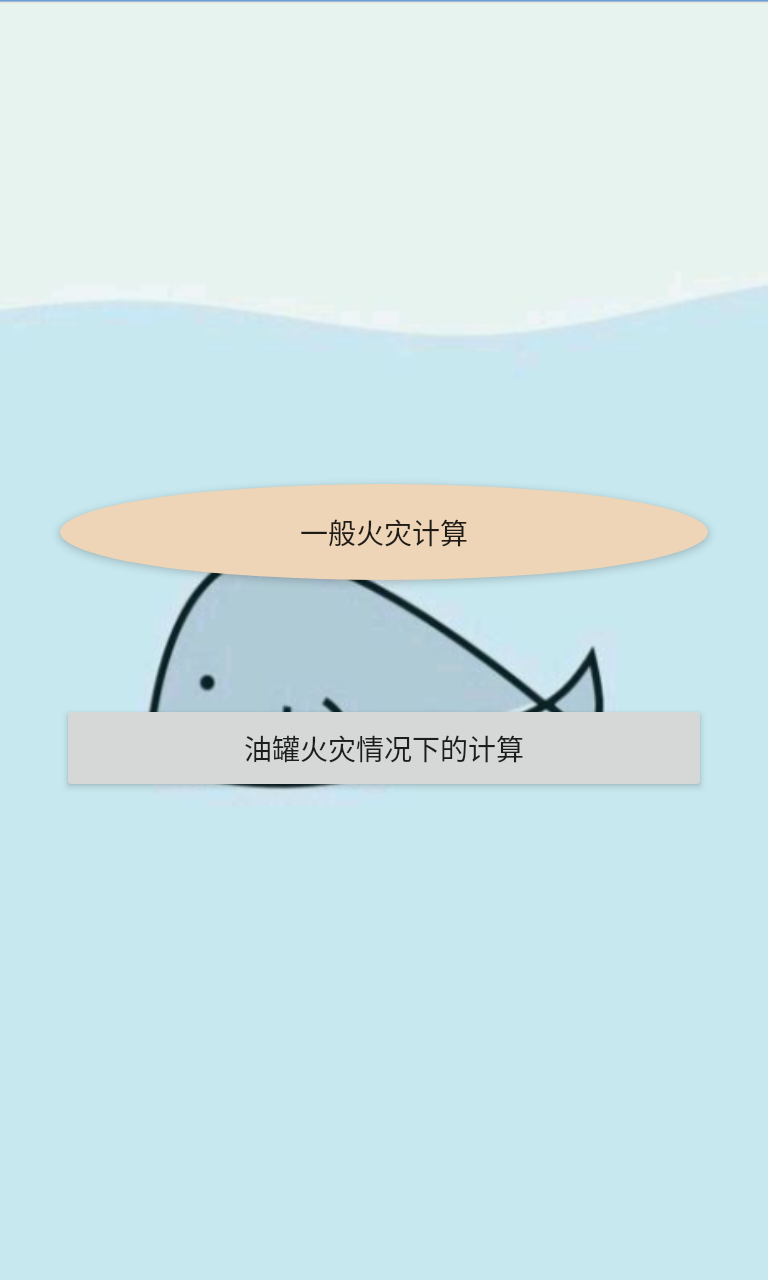
Repository: hohoTT/fireWork_handle_app
Layout: fireWork_handle_app/res/layout/fire_agent.xml
An editor plug-in stored every save of this project. The layout is shown before and after the next save, followed by the edit.
It is drawn on a 768 x 1280 px phone screen (xhdpi) without system bars, with theme AppTheme; the app's code is not run.

Above is the layout before, as saved 2016-03-06 11:41:48.

After the next save:
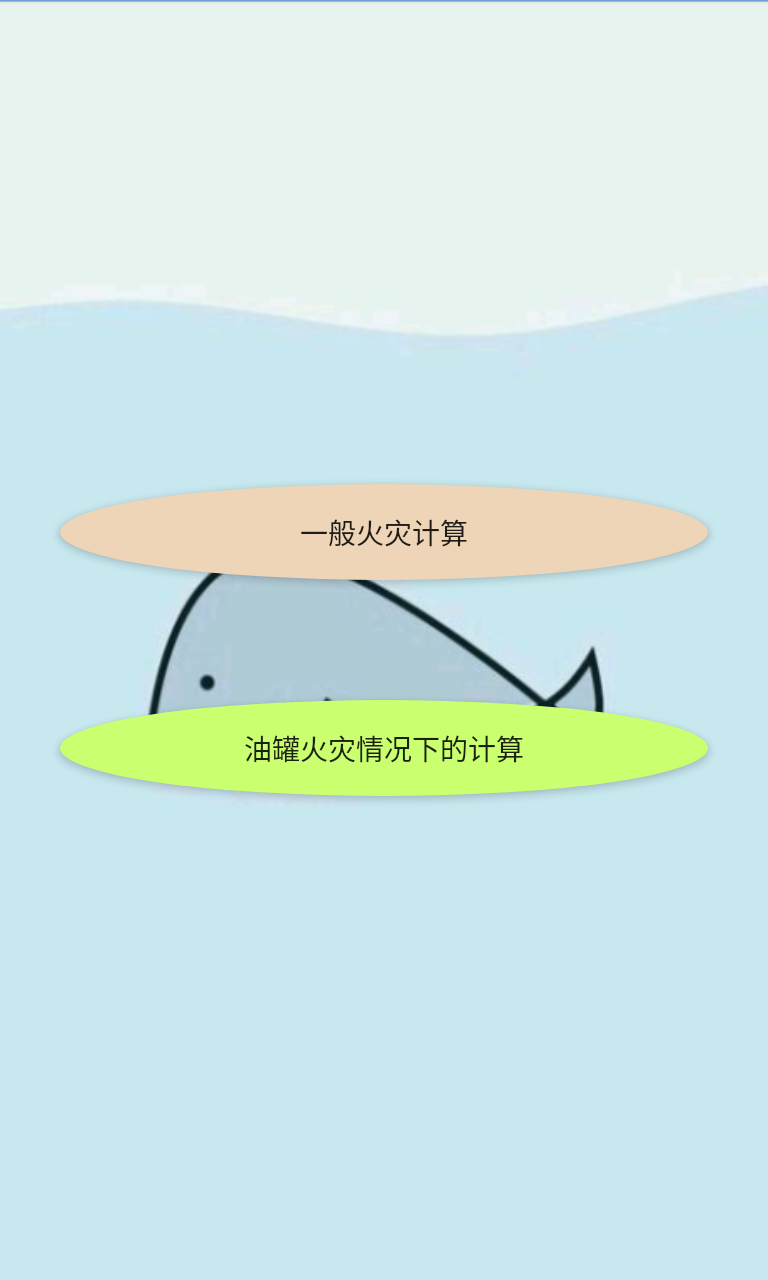
Saved 7 s later.
--- a/fireWork_handle_app/res/layout/fire_agent.xml
+++ b/fireWork_handle_app/res/layout/fire_agent.xml
@@ -19,7 +19,8 @@
 	    android:layout_width="match_parent"
 	    android:layout_height="wrap_content"
 	    android:layout_margin="30dp"
-	    android:text="@string/oilcan_fire" />
+	    android:text="@string/oilcan_fire"
+	    android:background="@drawable/shape_two"  />
 
 
 </LinearLayout>
